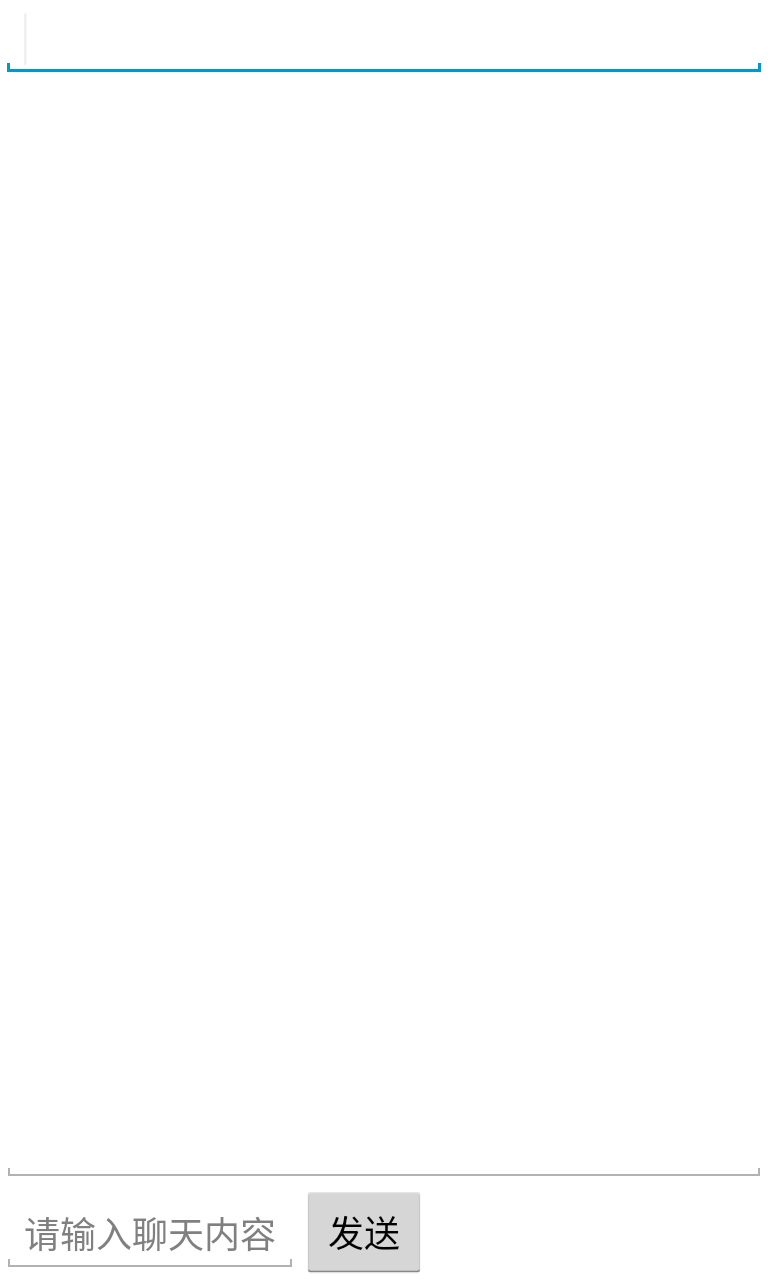
Repository: hufeiya/ChatClient
Layout: ChatClient/res/layout/main.xml
An editor plug-in stored every save of this project. The layout is shown before and after the next save, followed by the edit.
It is drawn on a 768 x 1280 px phone screen (xhdpi) without system bars, with theme AppTheme; the app's code is not run.

Above is the layout before, as saved 2014-05-20 07:20:35.

After the next save:
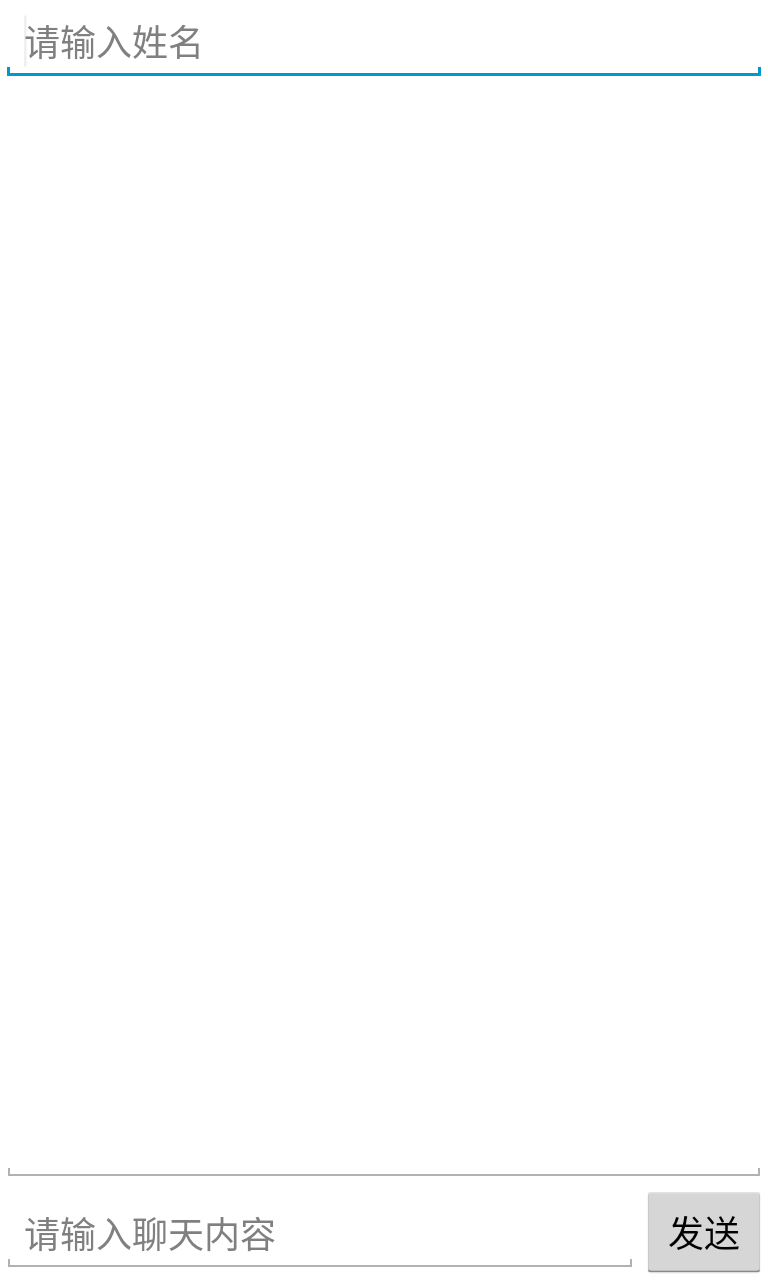
Saved 82 s later.
--- a/ChatClient/res/layout/main.xml
+++ b/ChatClient/res/layout/main.xml
@@ -5,11 +5,12 @@
     android:orientation="vertical" >
 
     <EditText
-        android:id="@+id/editText1"
+        android:id="@+id/name"
         android:layout_width="match_parent"
         android:layout_height="wrap_content"
         android:ems="10"
-        android:inputType="textPersonName" >
+        android:inputType="textPersonName"
+        android:hint="请输入姓名" >
 
         <requestFocus />
     </EditText>
@@ -21,20 +22,23 @@
         android:layout_weight="0.65"
         android:ems="10"
         android:inputType="textMultiLine" />
+
 	<LinearLayout
 	    android:layout_width="match_parent"
-	    android:layout_height="wrap_content">
+	    android:layout_height="wrap_content" >
 
 	    <EditText
 	        android:id="@+id/sentence"
 	        android:layout_width="wrap_content"
 	        android:layout_height="wrap_content"
-	        android:hint="请输入聊天内容"/>
+	        android:layout_weight="0.28"
+	        android:hint="请输入聊天内容" />
+
 	    <Button
 	        android:id="@+id/send"
 	        android:layout_width="wrap_content"
 	        android:layout_height="wrap_content"
-	        android:text="发送"/>
+	        android:text="发送" />
 	</LinearLayout>
 
 </LinearLayout>
